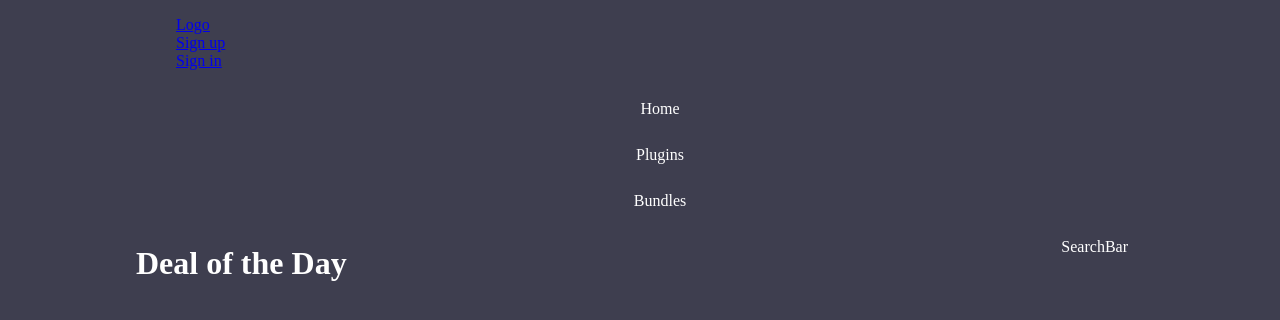
Repository: jigom11791/Wavez
Page: Wavez/Waves-Site/index.html
An editor plug-in stored every save of this project. The page is shown before and after the next save, followed by the edit.
The browser window is 1280 px wide. The pictures show the whole page.

Above is the page before, as saved 2020-10-30 18:01:23.

### Wavez/Waves-Site/index.html
<!DOCTYPE html>
<html>
<head>
    <title>Waves Price Tracker</title>
    <link rel="stylesheet" href="style.css">
</head>
<body>
    <ul class="header">
        <li><a href="#">Logo</a></li>
        <li class="right"><a href="#">Sign up</a></li>
        <li class="right"><a href="#">Sign in</a></li>
    </ul>

    <ul class="topnav">
        <li><a class="active" href="#">Home</a></li>
        <li><a href="#">Plugins</a></li>
        <li><a href="#">Bundles</a></li>
        <li class="right"><a href="#">SearchBar</a></li>
    </ul>
    <div id="content">
        <h1>Deal of the Day</h1>
    </div>
</body>
</html>

### Wavez/Waves-Site/style.css
@import url('https://fonts.googleapis.com/css2?family=Noto+Sans&family=Noto+Sans+JP&display=swap');
@import url('https://fonts.googleapis.com/css2?family=Noto+Sans&display=swap');

body {
    background-color: #3e3e4f;
    color: white;
    font-style: "Noto sans JP", sans-serif;
    padding: 0% 10%;
}

ul.topnav li, ul.header li{
    list-style-type: none;
    margin: 0;
    padding: 0;
    overflow: hidden;
}
li.topnav, li.header {
    float: left;
    display: block;
}
ul.topnav li.right{
    float: right;
}
ul.topnav li a {
    display: block;
    color: white;
    text-align: center;
    padding: 14px 16px;
    text-decoration: none;
}

After the next save:
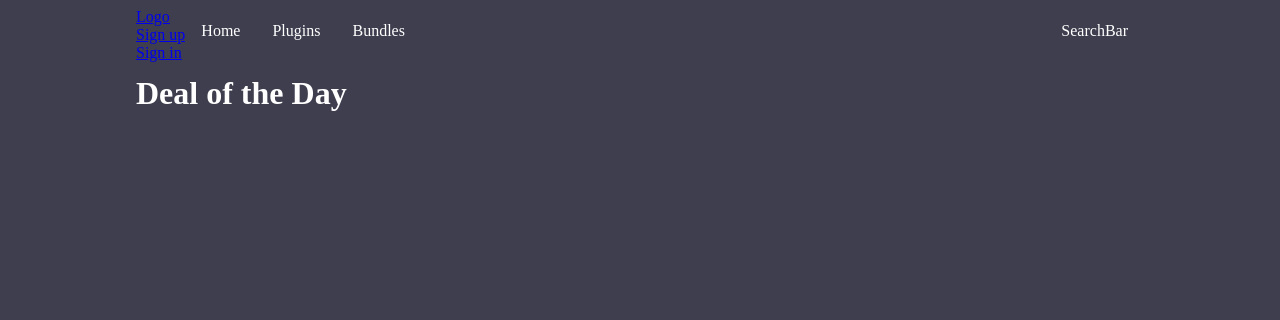
Saved 20 s later.
--- a/Wavez/Waves-Site/style.css
+++ b/Wavez/Waves-Site/style.css
@@ -8,15 +8,14 @@ body {
     padding: 0% 10%;
 }
 
-ul.topnav li, ul.header li{
+ul.topnav, ul.header{
     list-style-type: none;
     margin: 0;
     padding: 0;
     overflow: hidden;
 }
-li.topnav, li.header {
+ul.topnav li, ul.header {
     float: left;
-    display: block;
 }
 ul.topnav li.right{
     float: right;
